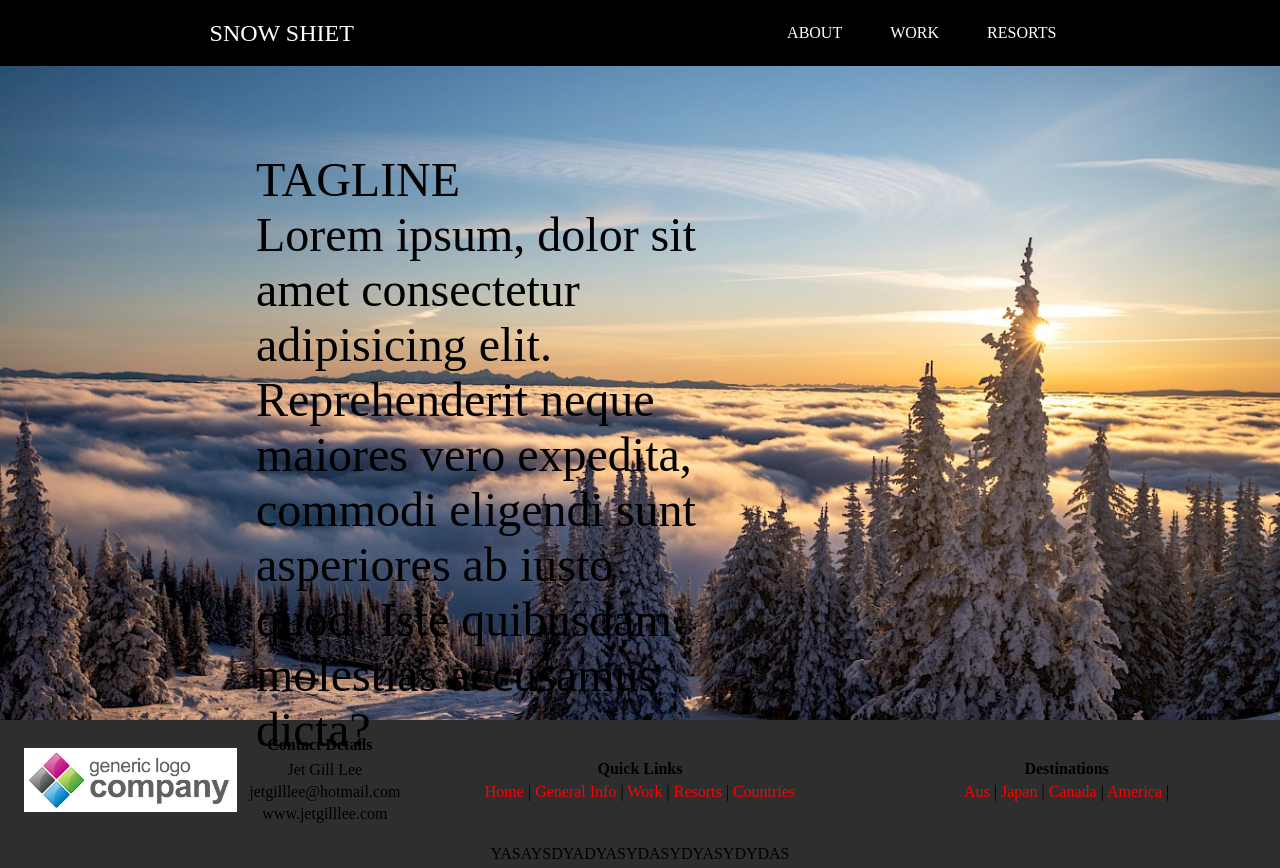
Repository: Jet-Gill-Lee/SnowSite
Page: index.html
The author's editor kept a copy of each file at every save. The page is drawn from the files as they stood at one save, then again after the next save.
The browser window is 1280 px wide. The pictures show the whole page.

Above is the page before, as saved 2021-07-24 18:22:38.

After the next save:
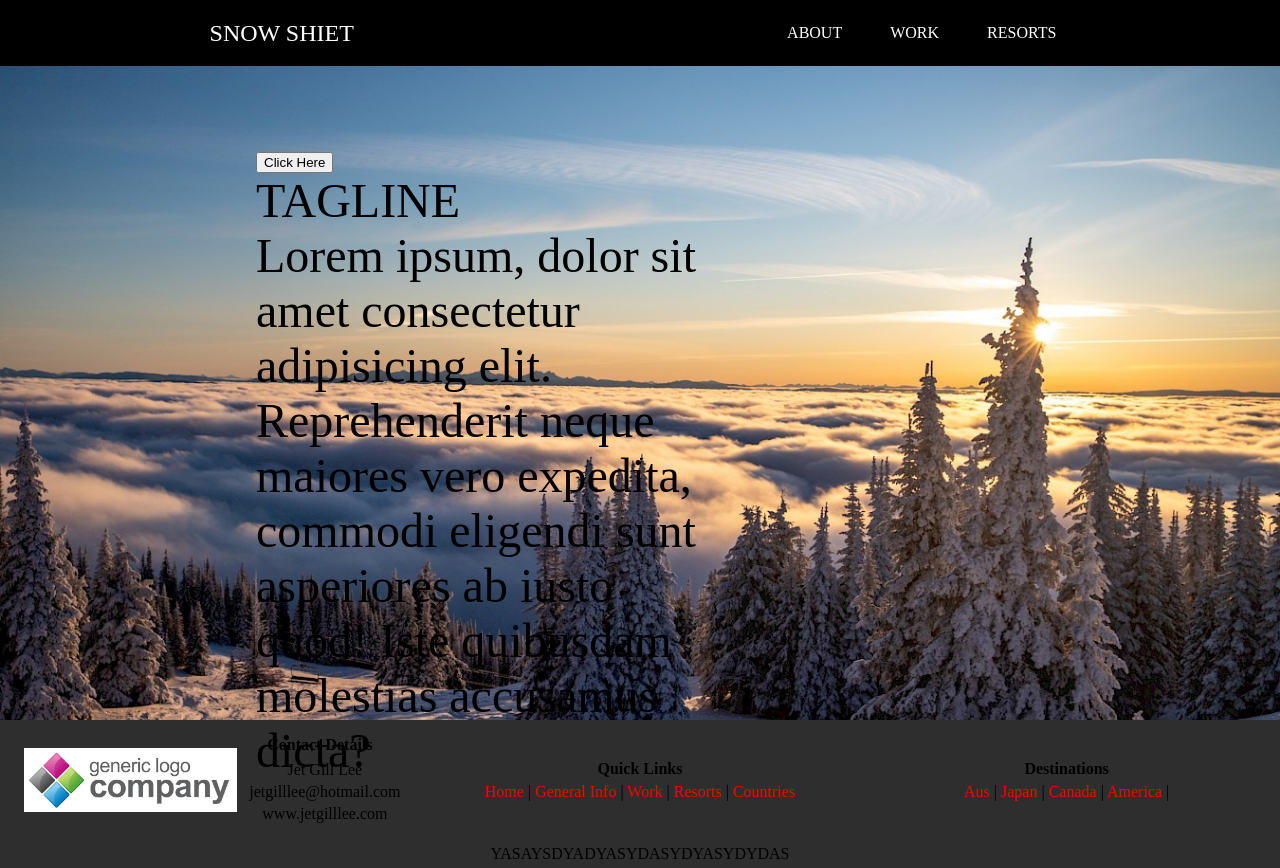
Saved 73 s later.
--- a/index.html
+++ b/index.html
@@ -26,6 +26,7 @@
       </div>
     </div>
     <div class="hero-content">
+      <button id='button'>Click Here</button>
       <div class="hero-flex-item hero-text">
         TAGLINE <br>
         <span>Lorem ipsum, dolor sit amet consectetur adipisicing elit. Reprehenderit neque maiores vero expedita, commodi eligendi sunt asperiores ab iusto quod! Iste quibusdam molestias accusamus dicta?</span>
